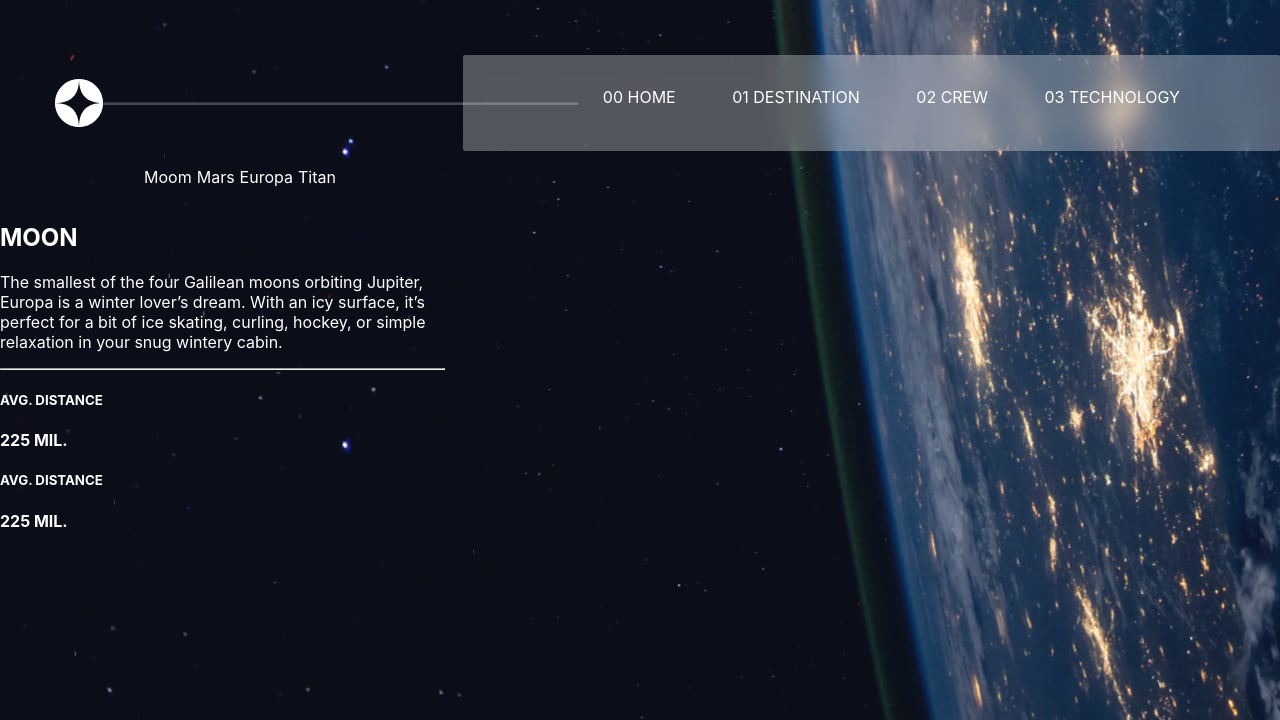
Repository: jhonenmanuel1/FrontEndMentor-MultiPageSpace
Page: /
An editor plug-in stored every save of this project. The page is shown before and after the next save, followed by the edit.
The browser window is 1280 px wide. The pictures show the whole page.
The project was rebuilt for these pictures with package versions that can differ from the ones it lists, and the page was loaded fresh each time. Also part of the build but not shown: src/views/home.js.

Above is the page before, as saved 2022-06-23 22:47:24.

After the next save:
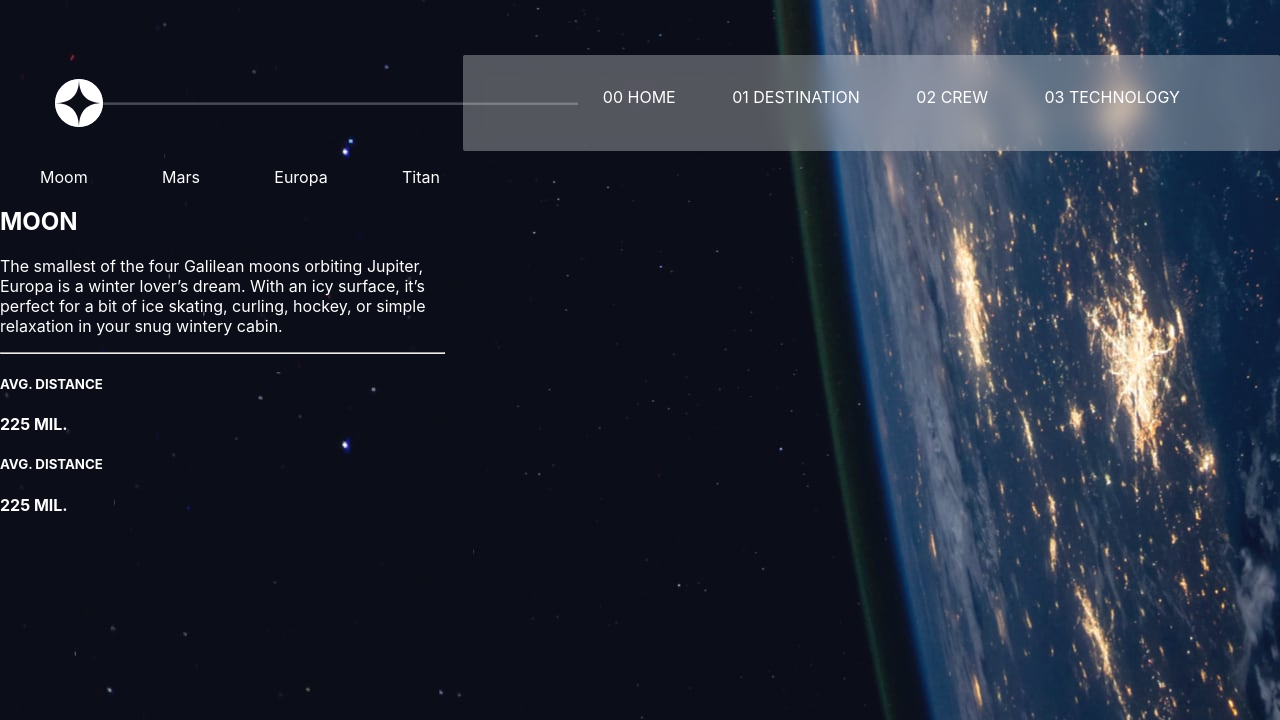
Saved 19 s later.
--- a/src/styles/planetcardinfo.module.css
+++ b/src/styles/planetcardinfo.module.css
@@ -5,8 +5,7 @@
   max-width: 445px;
 }
 .planetCardHeader {
-  display: flex;
-  justify-content: center;
+
 }
 
 .planetCardHeader ul {
